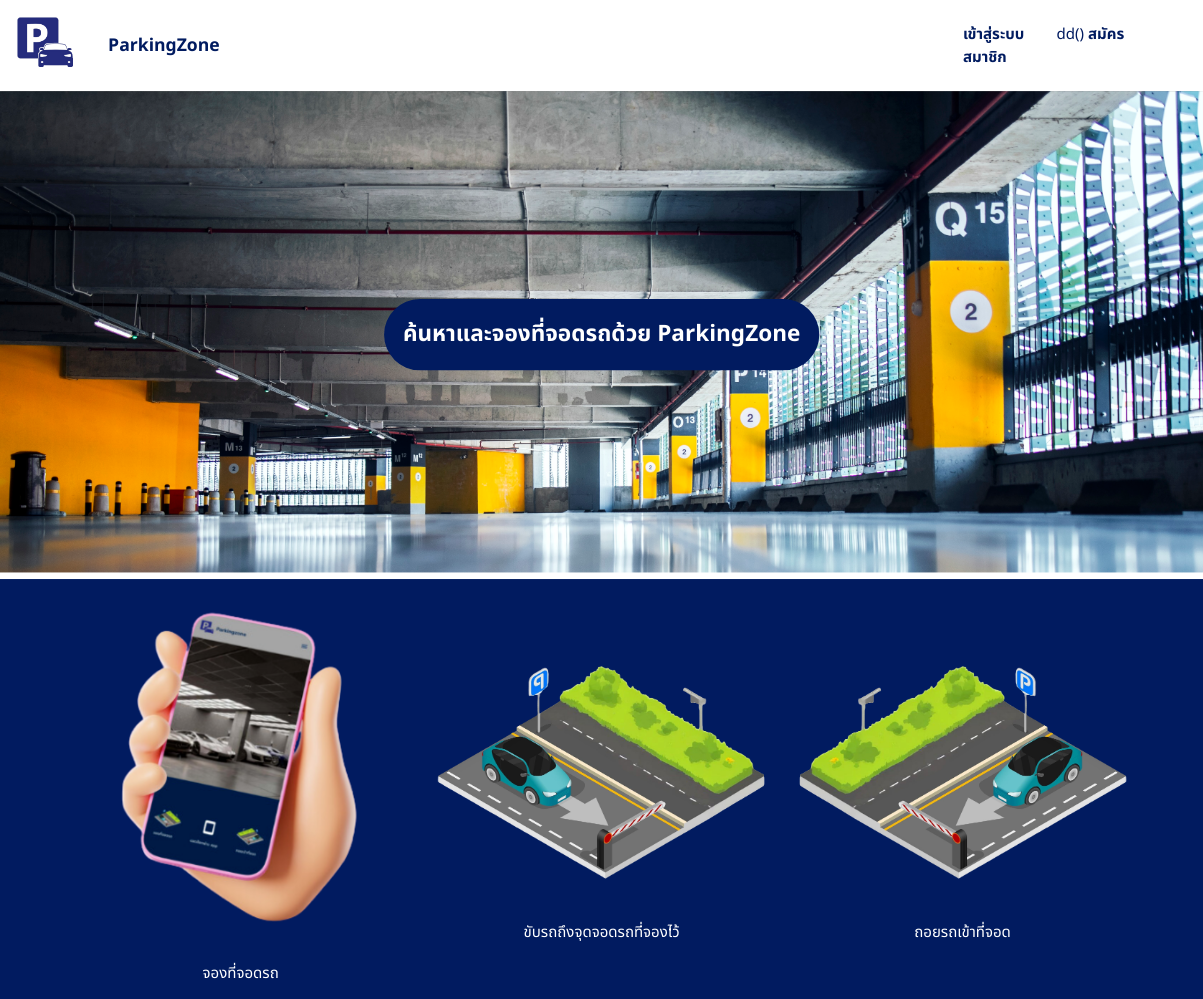
Repository: ThanyalakSasen/webApp
Page: http://localhost/
An editor plug-in stored every save of this project. The page is shown before and after the next save, followed by the edit.
The browser window is 1280 px wide. The pictures show the whole page, at 94% of full size.
The page is served by the project's Laravel application, run on PHP 8.4 with Laravel 12.

Above is the page before, as saved 2024-09-29 19:03:06.

After the next save:
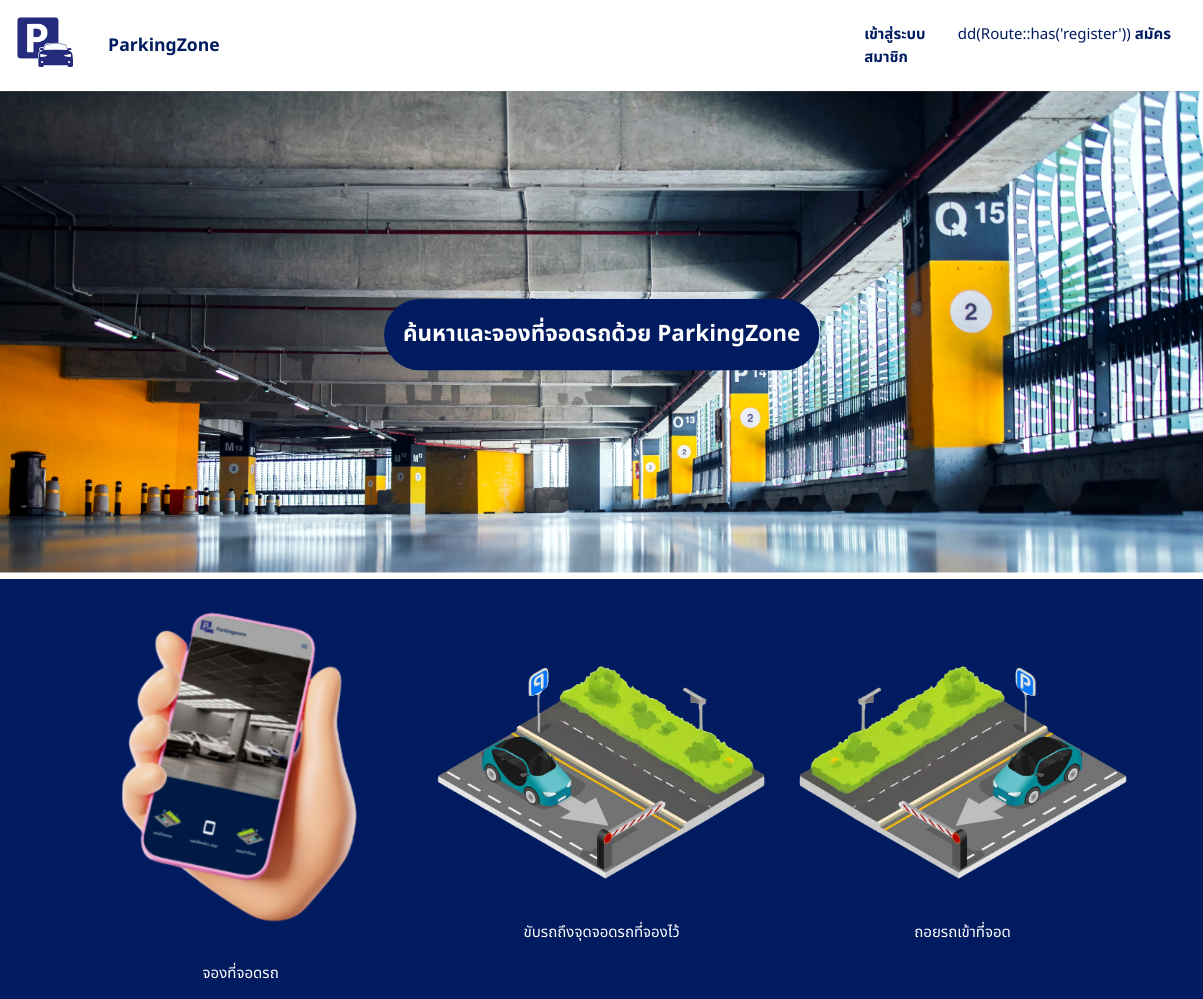
Saved 10 s later.
--- a/resources/views/welcome.blade.php
+++ b/resources/views/welcome.blade.php
@@ -105,7 +105,7 @@
                         class="rounded-md px-3 py-2 text-black ring-1 ring-transparent transition hover:text-black/70 focus:outline-none focus-visible:ring-[#FF2D20] dark:text-white dark:hover:text-white/80 dark:focus-visible:ring-white"
                         >เข้าสู่ระบบ</a>
 
-                dd()
+                dd(Route::has('register'))
                 @if (Route::has('register'))
                     <a href="{{ route('register') }}"
                             class="rounded-md px-3 py-2 text-black ring-1 ring-transparent transition hover:text-black/70 focus:outline-none focus-visible:ring-[#FF2D20] dark:text-white dark:hover:text-white/80 dark:focus-visible:ring-white"
